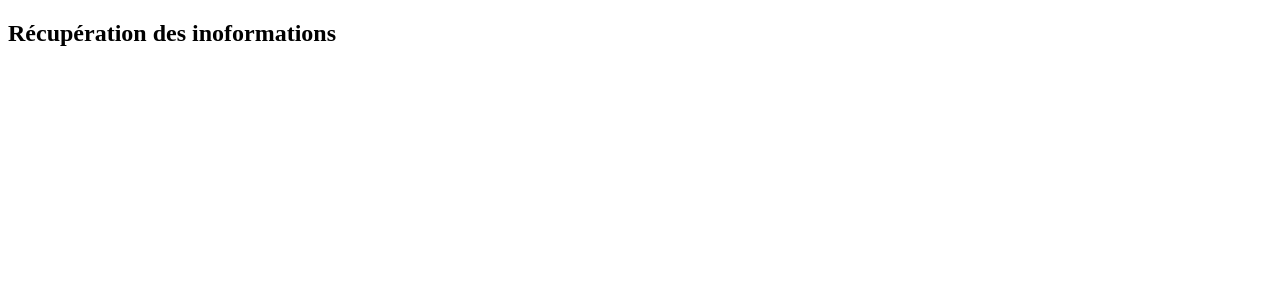
Repository: JohanVairac/montpar-architectureJEE
Page: http://localhost/exempleJEE/resultatFormulairejstl.jsp
The author's editor kept a copy of each file at every save. The page is drawn from the files as they stood at one save, then again after the next save.
The browser window is 1280 px wide. The pictures show the whole page.
The page is served by Tomcat 9. Other server files are loaded and not shown.

Above is the page before, as saved 2019-04-10 13:20:45.

### exempleJEE/WebContent/resultatFormulairejstl.jsp
<%@ page language="java" contentType="text/html; charset=UTF-8"
    pageEncoding="UTF-8"%>
 <%@ taglib prefix= "c" uri= "http://java.sun.com/jsp/jstl/core" %>
<!DOCTYPE html>
<html>
<head>

<meta charset="UTF-8">
<title>Insert title here</title>
</head>
<body>
<h2>Récupération des inoformations</h2>
</body>
</html>

After the next save:
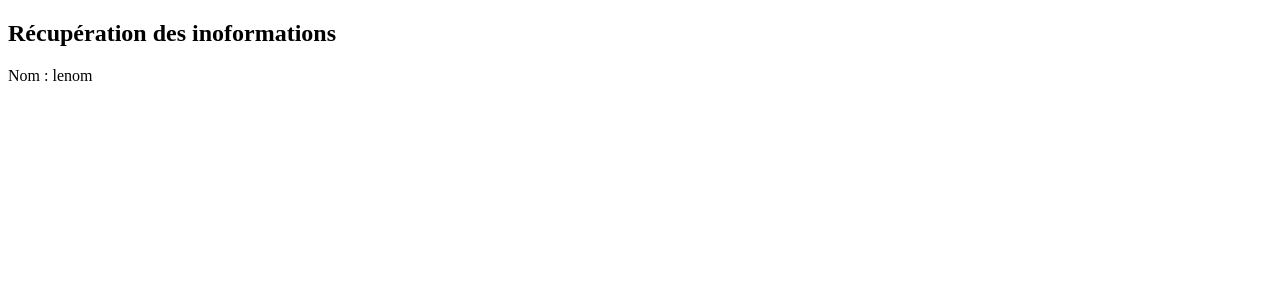
Saved 77 s later.
--- a/exempleJEE/WebContent/resultatFormulairejstl.jsp
+++ b/exempleJEE/WebContent/resultatFormulairejstl.jsp
@@ -10,5 +10,6 @@
 </head>
 <body>
 <h2>Récupération des inoformations</h2>
+Nom : <c:out value="lenom" />
 </body>
 </html>
